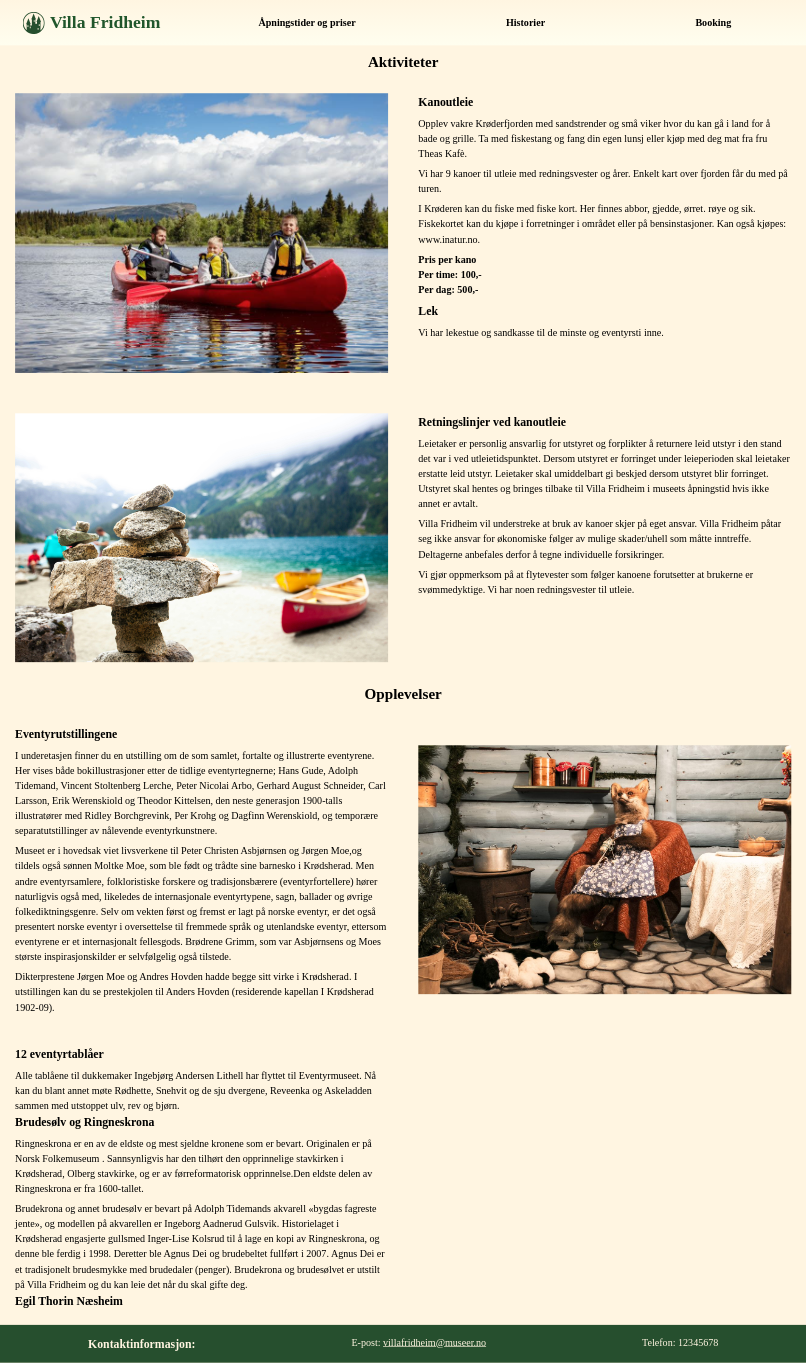
Repository: IdaHolmen/villa-fridheim
Page: src/activities.html
The author's editor kept a copy of each file at every save. The page is drawn from the files as they stood at one save, then again after the next save.
The browser window is 1280 px wide. The pictures show the whole page, at 63% of full size.
Some web fonts or font styles are not loaded; a fallback is used.

Above is the page before, as saved 2024-10-12 16:57:51.

After the next save:
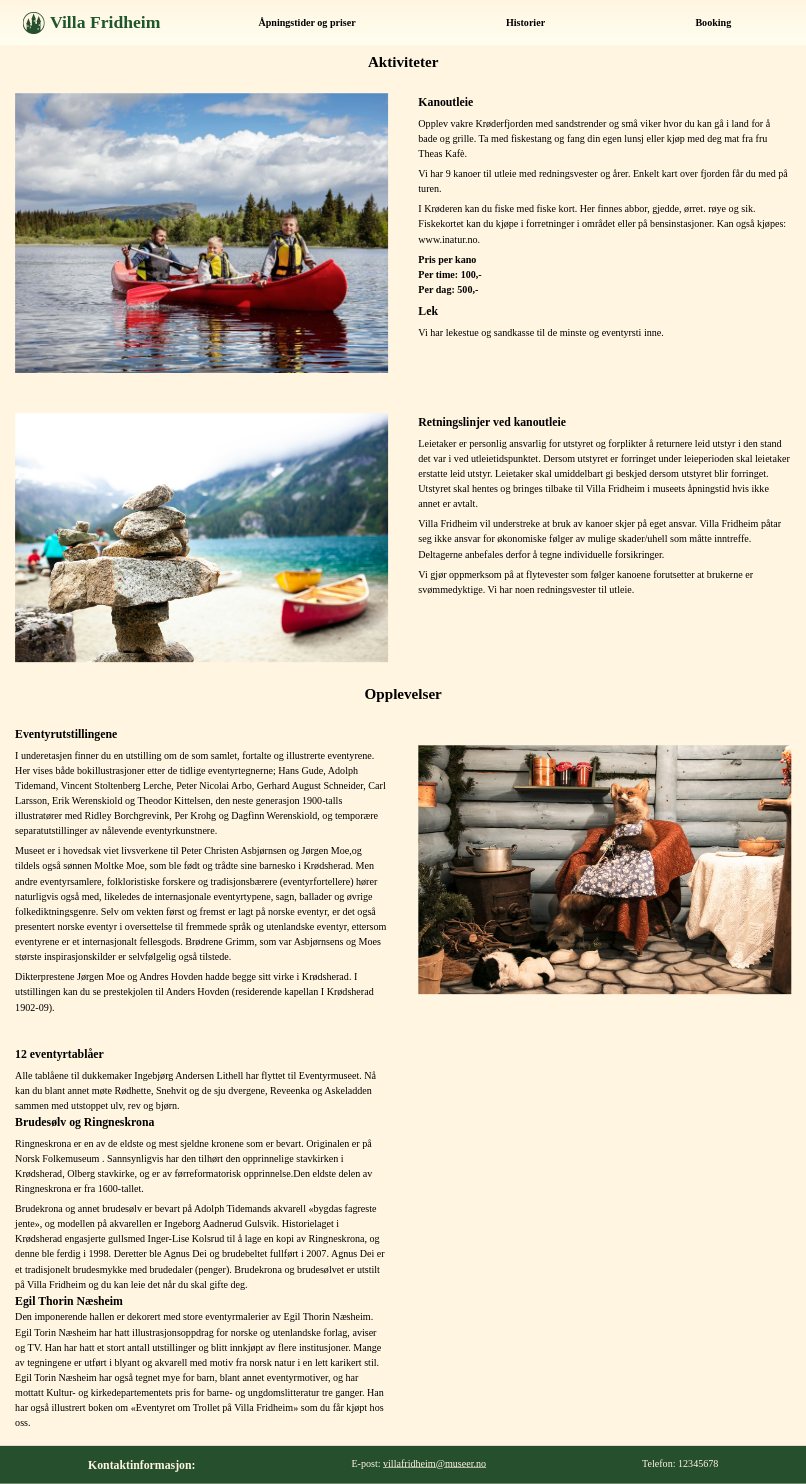
Saved 10 s later.
--- a/src/activities.html
+++ b/src/activities.html
@@ -156,6 +156,15 @@
                     </article>
                     <article>
                         <h3>Egil Thorin Næsheim</h3>
+                        <p>
+                            Den imponerende hallen er dekorert med store eventyrmalerier av Egil Thorin Næsheim. Egil
+                            Torin Næsheim har hatt illustrasjonsoppdrag for norske og utenlandske forlag, aviser og TV.
+                            Han har hatt et stort antall utstillinger og blitt innkjøpt av flere institusjoner. Mange av
+                            tegningene er utført i blyant og akvarell med motiv fra norsk natur i en lett karikert stil.
+                            Egil Torin Næsheim har også tegnet mye for barn, blant annet eventyrmotiver, og har mottatt
+                            Kultur- og kirkedepartementets pris for barne- og ungdomslitteratur tre ganger. Han har også
+                            illustrert boken om «Eventyret om Trollet på Villa Fridheim» som du får kjøpt hos oss.
+                        </p>
                     </article>
                 </div>
                 <div>
